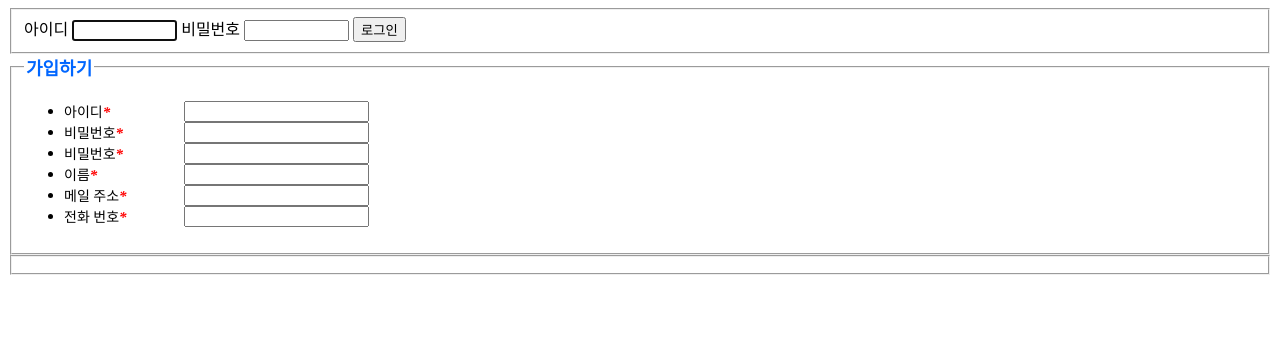
Repository: ygs3004/StudyHTML_CSS
Page: web project 01/src/main/webapp/chapter05/exam05_18.html
An editor plug-in stored every save of this project. The page is shown before and after a run of saves, followed by the edit.
The browser window is 1280 px wide. The pictures show the whole page.

Above is the page before, as saved 2022-08-09 02:40:36.

### web project 01/src/main/webapp/chapter05/exam05_18.html
<!DOCTYPE html>
<html>
<head>
<meta charset="UTF-8">
<title>Insert title here</title>
<style type="text/css">
	form fieldset{
		margin : 10pex 0;
	}


	form legend{
		font-size : 18px;
		color : #0066ff;
		font-weight : 600;
	}

	form label.reg{
		font-size : 14px;
		width : 120px;
		float : left;
	}

	form label em{
		font-size : 15px;
		color : red;
		font-weight : 800;
	}

	font ul li{
		list-style : none;
		margin : 10px 0;
	}

	form.easys{
		text-align : left;
		font-size : 12px;
		color : blue;
	}

	form fieldset.sendform{
	text-align : center;
	}

</style>
</head>
<body>
<form action="">
	<fieldset class="login">
		<label for="user_id">아이디</label>
			<input type="text" id="user_id" size="10" autofocus>
		<label for="user_pw">비밀번호</label>
			<input type="password" id="user_pw" size="10">
			<input type="submit" value="로그인">
	</fieldset>
	<fieldset>
		<legend>가입하기</legend>
		<ul>
			<li>
				<label class="reg" for="user_name">아이디<em>*</em></label>
				<input type="text" id="user_id" size="20" autocomplete='on' required>
			</li>
			<li>
				<label class="reg" for="user_pw1">비밀번호<em>*</em></label>
				<input type="password" id="user_pw1" size="20" required>
			</li>
			<li>
				<label class="reg" for="user_pw2">비밀번호<em>*</em></label>
				<input type="password" id="user_pw2" size="20" required>
			</li>
			<li>
				<label class="reg" for="user_name">이름<em>*</em></label>
				<input type="text" id="user_name" size="20" required>
			</li>
			<li>
				<label class="reg" for="user_mail">메일 주소<em>*</em></label>
				<input type="text" id="user_mail" size="20" required>
			</li>
			<li>
				<label class="reg" for="user_tel">전화 번호<em>*</em></label>
				<input type="tel" id="user_tel" size="20">
			</li>
		</ul>
	</fieldset>
	<fieldset class="easys">
	</fieldset>
</form>

</body>
</html>

After the next 3 saves:
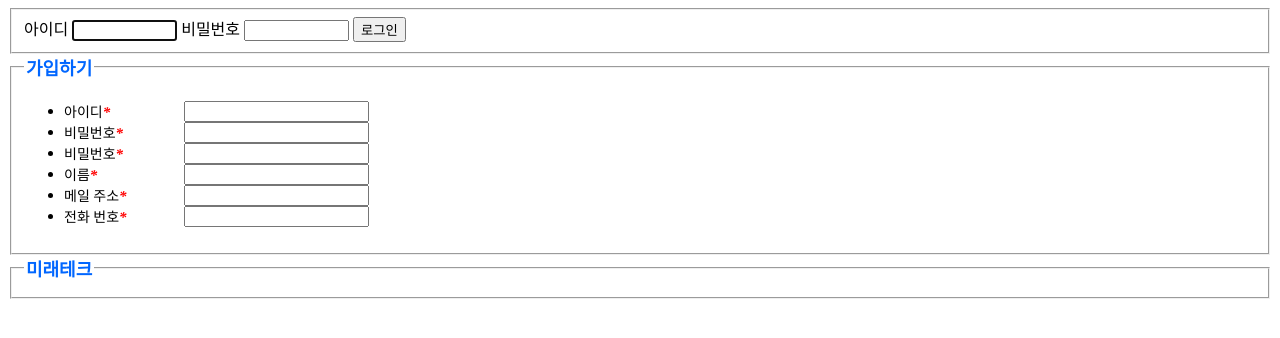
The 3 saves are shown as one change because they came seconds apart.
The last was saved 9 s later.
--- a/web project 01/src/main/webapp/chapter05/exam05_18.html
+++ b/web project 01/src/main/webapp/chapter05/exam05_18.html
@@ -83,6 +83,7 @@
 		</ul>
 	</fieldset>
 	<fieldset class="easys">
+		<legend>미래테크</legend>
 	</fieldset>
 </form>
 
